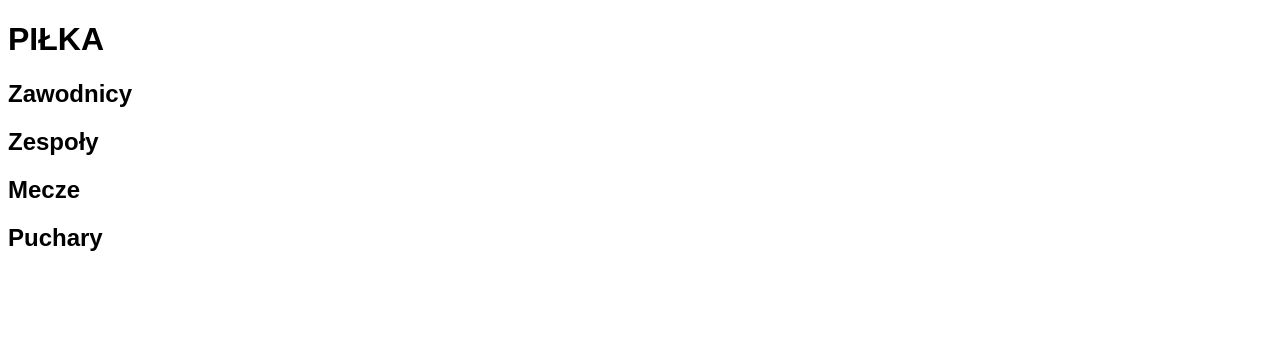
Repository: ZABA78/PAZW
Page: index.html
These files come from the project's save history. The page is drawn as it stood at one moment and after the next save; the edit follows.
The browser window is 1280 px wide. The pictures show the whole page.
Some web fonts or font styles are not loaded; a fallback is used.

Above is the page before, as saved 2023-10-17 13:52:23.

### index.html
<!DOCTYPE html>
<html lang="en">
<head>
    <meta charset="UTF-8">
    <meta http-equiv="X-UA-Compatible" content="IE=edge">
    <meta name="viewport" content="width=device-width, initial-scale=1.0">
    <link rel="stylesheet" href="style.css">
    <title>Piłka</title>
    <style>
        @import url('https://fonts.googleapis.com/css2?family=Tilt+Neon&display=swap');
        </style>
</head>
<body>
    <header>
        <!--<img src="pilka.png" alt="logo" class = "logo">--><h1>PIŁKA</h1>
        <nav>
            <h2>Zawodnicy</h2>
            <h2>Zespoły</h2>
            <h2>Mecze</h2>
            <h2>Puchary</h2>
        </nav>
    </header>
</body>
</html>

### style.css
*
{
    font-family: 'Tilt Neon', sans-serif;
}
.logo
{
    height: 100px;

}

After the next save:
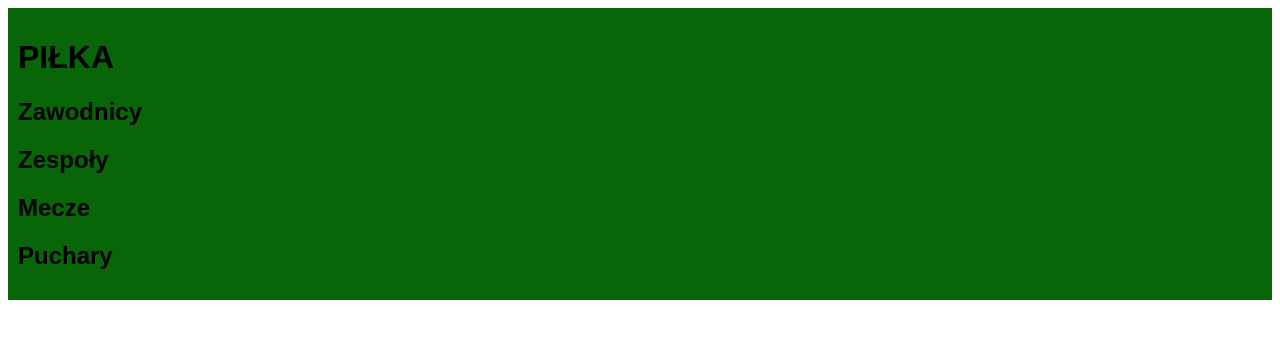
Saved 91 s later.
--- a/style.css
+++ b/style.css
@@ -7,3 +7,8 @@
     height: 100px;
 
 }
+header
+{
+    background-color: rgb(8, 102, 8);
+    padding: 10px;
+}
